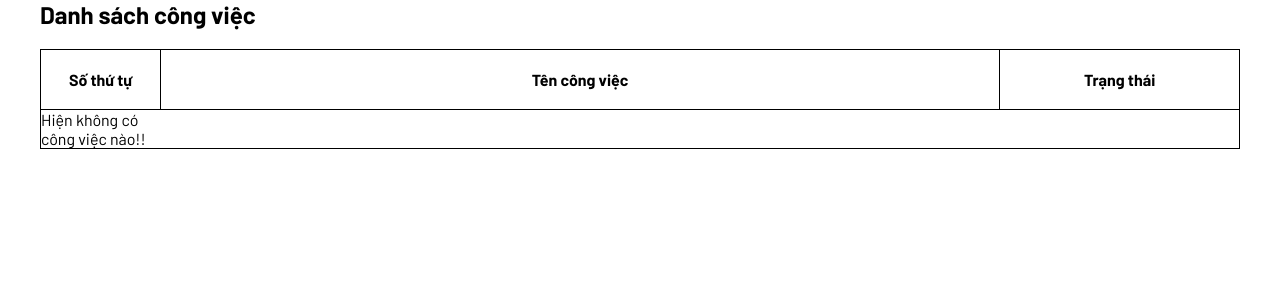
Repository: OkazakiTruong/searchReact
Page: /
An editor plug-in stored every save of this project. The page is shown before and after the next save, followed by the edit.
The browser window is 1280 px wide. The pictures show the whole page.
The page's requests for data from a server got no answer. The project was rebuilt for these pictures with package versions that can differ from the ones it lists, and the page was loaded fresh each time. No one was signed in, and anything a server would have sent is missing. Also part of the build but not shown: vite.config.js.

Above is the page before, as saved 2024-01-11 14:01:55.

After the next save:
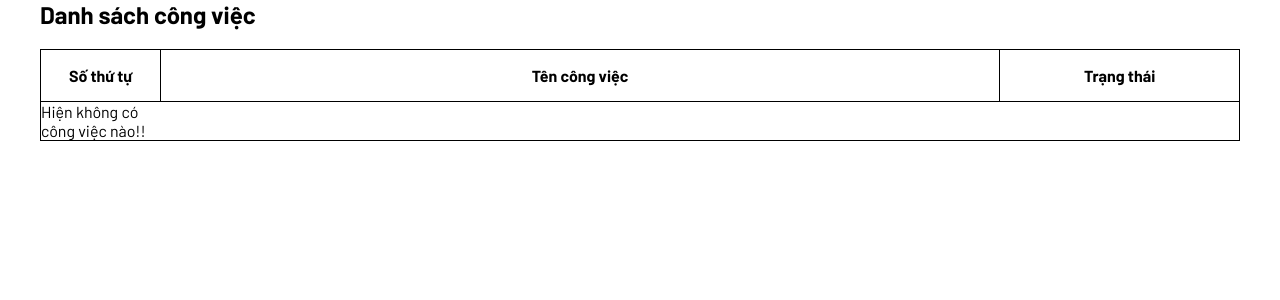
Saved 11 s later.
--- a/src/SearchApp/Todo/listTodo.css
+++ b/src/SearchApp/Todo/listTodo.css
@@ -9,7 +9,7 @@ td {
 }
 th,
 td {
-  padding: 20px;
+  padding: 16px;
 }
 
 th.todo-name {
